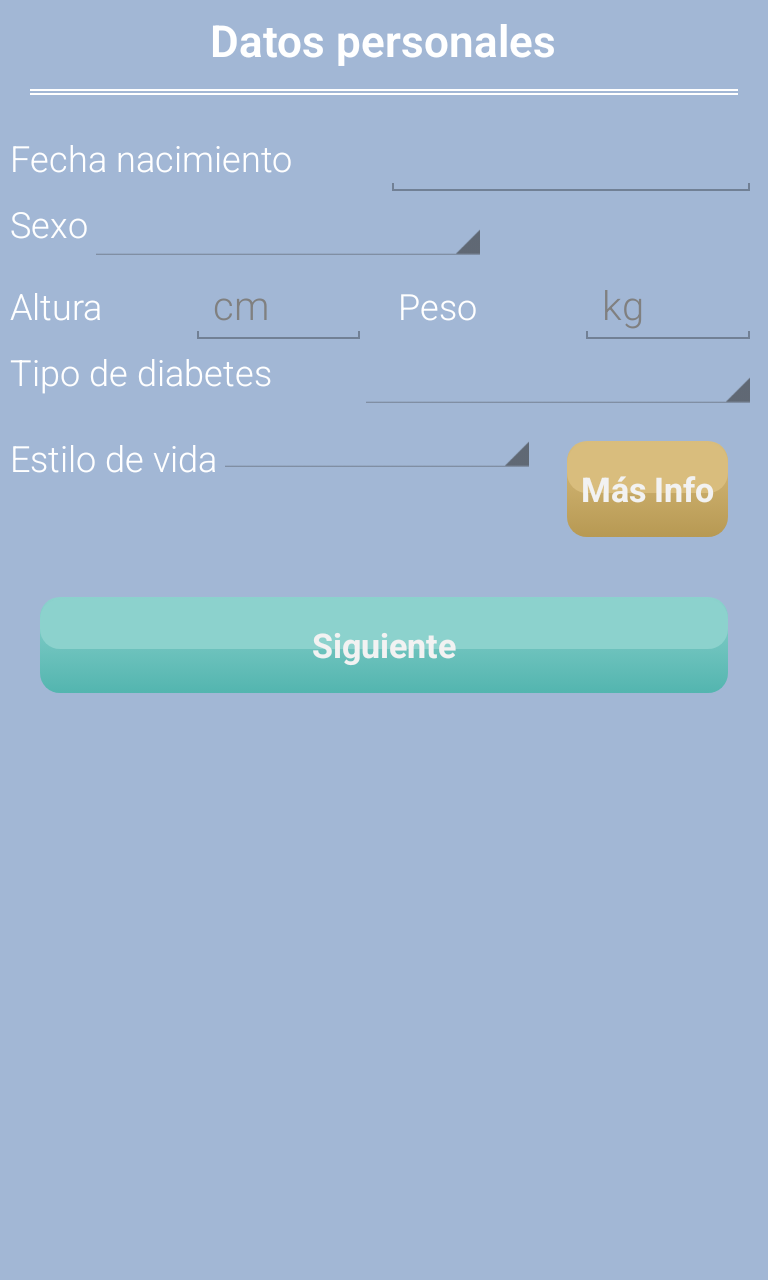
Repository: HectorGarciaMiguel/ssii-diabetes-060036
Layout: SeguimientoDiabetes/res/layout/activity_configuracion1.xml
These files come from the project's save history. The layout is drawn as it stood at one moment and after the next save; the edit follows.
It is drawn on a 768 x 1280 px phone screen (xhdpi) without system bars, with theme AppTheme; the app's code is not run.

Above is the layout before, as saved 2015-11-20 18:07:56.

After the next save:
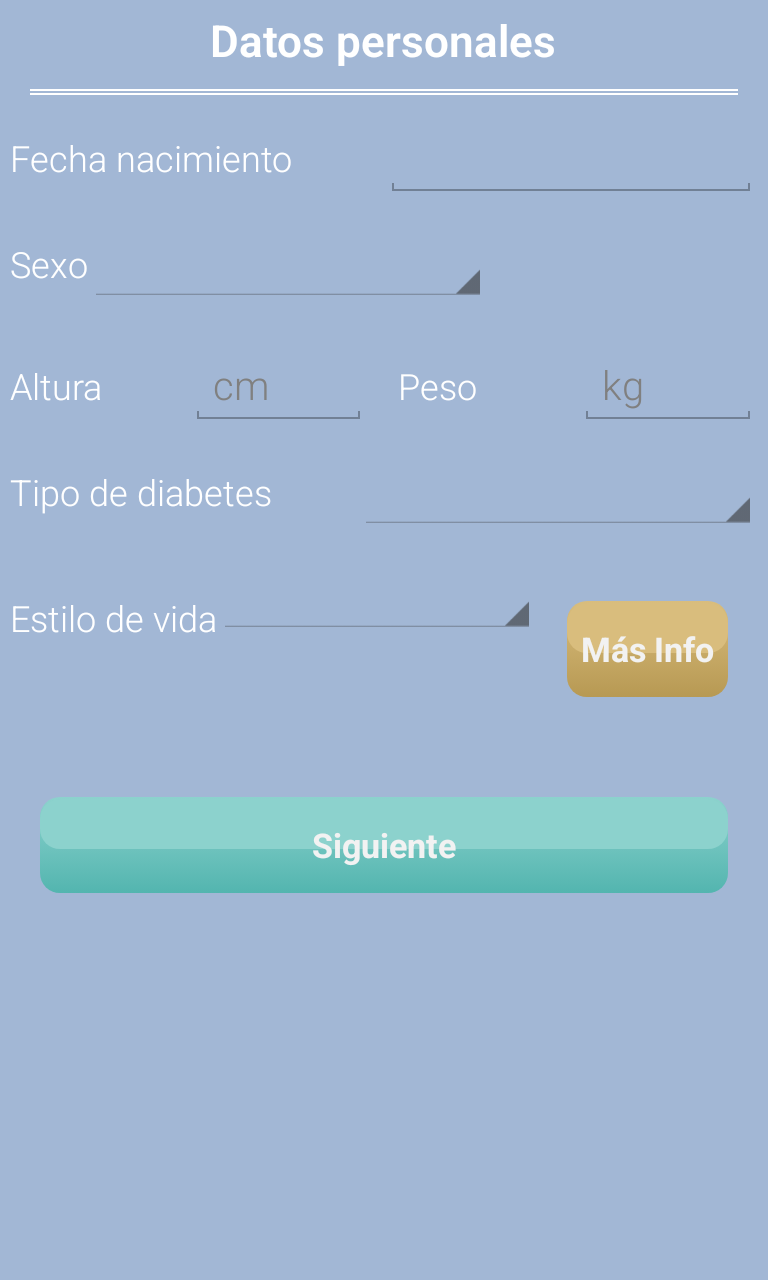
Saved 2 min 13 s later.
--- a/SeguimientoDiabetes/res/layout/activity_configuracion1.xml
+++ b/SeguimientoDiabetes/res/layout/activity_configuracion1.xml
@@ -48,7 +48,7 @@
         android:layout_height="fill_parent"
         android:orientation="horizontal"
         android:gravity="center_horizontal"
-        android:layout_weight="2" >
+        android:layout_marginBottom="20dp" >
 
         <TextView
             android:id="@+id/textView1"
@@ -74,7 +74,7 @@
         android:layout_height="fill_parent"
         android:orientation="horizontal"
         android:layout_gravity="center_horizontal"
-        android:layout_weight="1" >
+        android:layout_marginBottom="20dp"  >
 
         <TextView
             android:id="@+id/textView2"
@@ -94,7 +94,7 @@
         android:layout_height="fill_parent"
         android:orientation="horizontal"
         android:gravity="center_horizontal"
-        android:layout_weight="1" >
+        android:layout_marginBottom="20dp"  >
 
         <TextView
             android:id="@+id/textView4"
@@ -134,7 +134,7 @@
         android:layout_height="fill_parent"
         android:orientation="horizontal"
         android:gravity="center_horizontal"
-        android:layout_weight="1" >
+        android:layout_marginBottom="20dp"  >
 
         <TextView
             android:id="@+id/textView5"
@@ -155,7 +155,7 @@
         android:layout_height="fill_parent"
         android:orientation="horizontal"
         android:gravity="center_horizontal"
-        android:layout_weight="1">
+        android:layout_marginBottom="20dp" >
 
         <TextView
             android:id="@+id/textView6"
@@ -183,7 +183,7 @@
         android:layout_height="fill_parent"
         android:orientation="horizontal"
         android:gravity="center_horizontal"
-        android:layout_weight="1" >
+        android:layout_marginBottom="20dp" >
 
         <Button
             android:id="@+id/button2"
